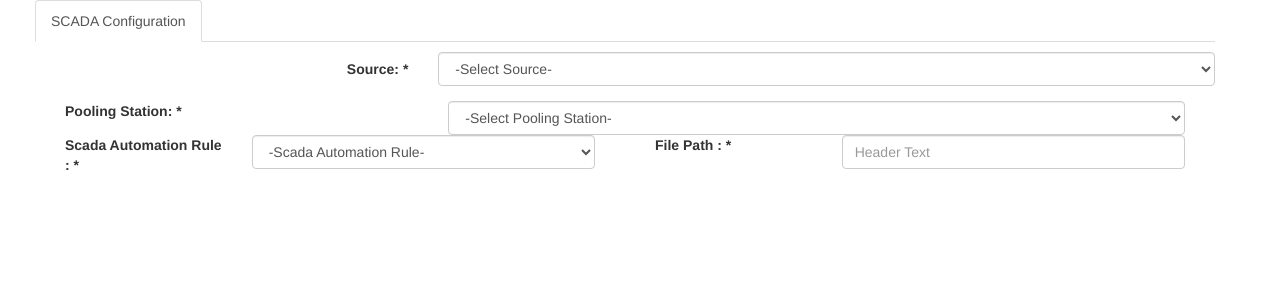
Repository: ashishNautiyal/microservices
Page: http://localhost/new-re-1/WEB-INF/jsp/scadaConfig.jsp
These files come from the project's save history. The page is drawn as it stood at one moment and after the next save; the edit follows.
The browser window is 1280 px wide. The pictures show the whole page.
The page is served by Tomcat 9. Nobody is signed in. The template is opened directly, without the code that normally fills it, so the values that code supplies are empty.

Above is the page before, as saved 2019-11-04 05:21:04.

After the next save:
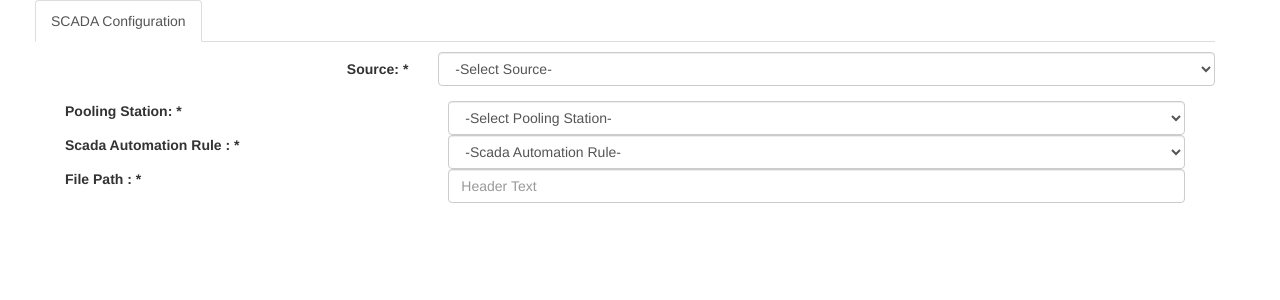
Saved 31 s later.
--- a/microservice-poc/new-re-1/src/main/webapp/WEB-INF/jsp/scadaConfig.jsp
+++ b/microservice-poc/new-re-1/src/main/webapp/WEB-INF/jsp/scadaConfig.jsp
@@ -67,7 +67,7 @@
 
 
 
-										<div class="col-sm-6">
+										<div class="col-sm-12">
 											<div class="form-group ">
 												<label for="scadaAutomationRule"
 													class="col-sm-4 control-label">Scada Automation
@@ -83,7 +83,7 @@
 										</div>
 
 
-										<div class="col-sm-6">
+										<div class="col-sm-12">
 											<div class="form-group ">
 												<label for="filePath" class="col-sm-4 control-label">File
 													Path : <span class="required" title="Mandatory">*</span>
